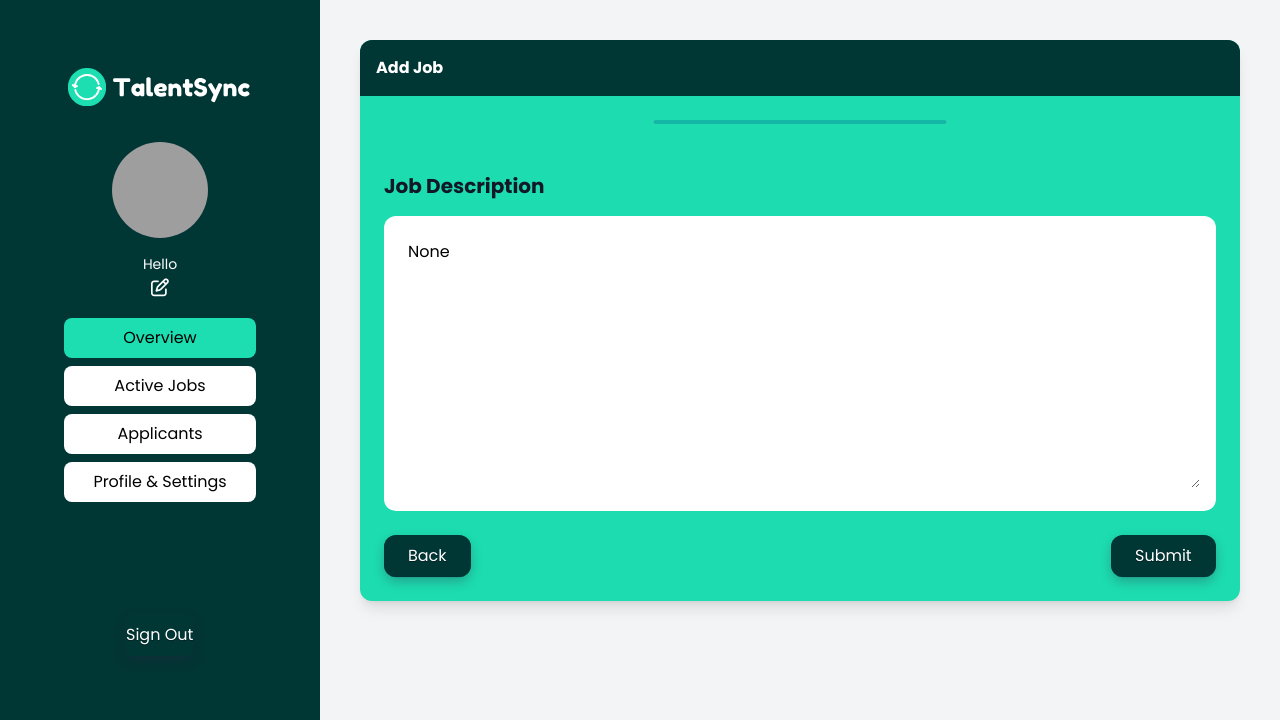
Repository: AbdullahScriptStudio/TalentSync
Page: http://localhost/recruiter/create/step3/
These files come from the project's save history. The page is drawn as it stood at one moment and after the next save; the edit follows.
The browser window is 1280 px wide. The pictures show the whole page.
Pictures or frames that could not be fetched are drawn as grey boxes. Some web libraries are served in a nearby version. The page is served by the project's application, run on Django 5.2 (manage.py). Other server files are loaded and not shown.

Above is the page before, as saved 2025-03-25 15:54:30.

### recruiter/templates/recruiter/job_form_step3.html
<!DOCTYPE html>
<html lang="en">
{% load static %}

<head>
    <meta charset="UTF-8">
    <meta name="viewport" content="width=device-width, initial-scale=1.0">
    <script src="https://cdn.tailwindcss.com"></script>
    <link rel="stylesheet" href="https://cdnjs.cloudflare.com/ajax/libs/font-awesome/6.0.0-beta3/css/all.min.css">
    <title>Job Post - Step 3</title>
    <style>
        @import url('https://fonts.googleapis.com/css2?family=Inter:ital,opsz,wght@0,14..32,100..900;1,14..32,100..900&family=Poppins:ital,wght@0,100;0,200;0,300;0,400;0,500;0,600;0,700;0,800;0,900;1,100;1,200;1,300;1,400;1,500;1,600;1,700;1,800;1,900&display=swap');

        body {
            font-family: "Poppins", sans-serif;
            background-color: white;
        }

        /* From Uiverse.io by adamgiebl */
        button {
            font-size: 18px;
            display: inline-block;
            outline: 0;
            border: 0;
            cursor: pointer;
            will-change: box-shadow, transform;
            background: radial-gradient(100% 100% at 100% 0%, #003634 0%, #003634 100%);
            box-shadow: 0px 0.01em 0.01em rgb(45 35 66 / 40%), 0px 0.3em 0.7em -0.01em rgb(45 35 66 / 30%), inset 0px -0.01em 0px rgb(0 54 52 / 50%);
            padding: 0 2em;
            border-radius: 0.3em;
            color: #fff;
            height: 2.6em;
            text-shadow: 0 1px 0 rgb(0 0 0 / 40%);
            transition: box-shadow 0.15s ease, transform 0.15s ease;
        }

        button:hover {
            box-shadow: 0px 0.1em 0.2em rgb(0 54 52 / 40%), 0px 0.4em 0.7em -0.1em rgb(0 54 52 / 30%), inset 0px -0.1em 0px #003634;
            transform: translateY(-0.1em);
        }

        button:active {
            box-shadow: inset 0px 0.1em 0.6em #003634;
            transform: translateY(0em);
        }
    </style>
</head>

<body class="bg-gray-100">
    <div class="flex min-h-screen">
        <div class="bg-[#003634] text-white w-1/4 p-6 flex flex-col items-center fixed h-full" style="padding: 4rem;">
            <div class="flex items-center mb-8">
                <img alt="TalentSync logo" class="w-48 h-auto" src="{% static 'images/logo.svg' %}" />
            </div>
            <img alt="Profile picture of John Smith" class="w-24 h-24 rounded-full mb-4" height="100" src="{% static 'images/dog-profile.svg' %}" width="100" />
            <div class="text-center mb-4">
                <p class="text-sm">Hello</p>
                <p class="text-lg">{{ user.first_name }} {{ user.last_name }} <i class="fa-regular fa-pen-to-square"></i></p>
            </div>
            <nav class="flex flex-col w-full">
                <a href="overviewDashboard.html" class="bg-[#1cdeb0] text-white py-2 px-4 rounded mb-2" style="border-radius: 0.5rem;color: rgb(0 0 0); text-align: center;">Overview</a>
                <a href="aciveJobsDashboard.html" class="bg-white text-teal-900 py-2 px-4 rounded mb-2" style="border-radius: 0.5rem;color: rgb(0 0 0); text-align: center;">Active Jobs</a>
                <a href="applicantsDashboard.html" class="bg-white text-teal-900 py-2 px-4 rounded mb-2" style="border-radius: 0.5rem;color: rgb(0 0 0); text-align: center;">Applicants</a>
                <a href="#" class="bg-white text-teal-900 py-2 px-4 rounded mb-2" style="border-radius: 0.5rem;color: rgb(0 0 0); text-align: center;">Profile &amp; Settings</a>
            </nav>
            <button class="mt-auto text-white">Sign Out</button>
        </div>

        <!-- Main Content -->
        <div class="flex-1 p-10 ml-[25%] overflow-y-auto">
            <div class="bg-[#1dddb0] rounded-xl shadow-lg">
                <div>
                    <h2 class="bg-[#003634] text-white font-bold mb-6 p-4 rounded-t-xl">Add Job</h2>
                </div>

                <!-- Progress Bar -->
                <div class="flex justify-center mb-6">
                    <div class="w-1/3 h-1 bg-gray-300 rounded-full">
                        <div class="h-full bg-teal-500 rounded-full" style="width: 100%;"></div> <!-- 100% for step 3 -->
                    </div>
                </div>

                <div class="p-6 rounded-xl">
                    <h3 class="text-xl font-bold text-gray-900 mb-4">Job Description</h3>

                    <form method="POST">
                        {% csrf_token %}
                        <div class="bg-white rounded-xl p-4">
                            <textarea class="w-full h-64 p-2 rounded focus:outline-none" placeholder="Enter job description here..." name="job_description">{{ form.job_description.value }}</textarea>
                        </div>

                        <div class="flex justify-between mt-6">
                            <!-- Back Button Link to Step 2 -->
                            <button class="bg-[#003634] text-white px-6 py-2 rounded-xl" type="button" onclick="window.location.href='/recruiter/create/step2/'">Back</button>
                            <!-- Submit Button -->
                            <button class="bg-[#003634] text-white px-6 py-2 rounded-xl" type="submit">Submit</button>
                        </div>
                    </form>
                </div>
            </div>
        </div>
    </div>

</body>

</html>

### recruiter/forms.py
from django import forms

class JobPostFormStep1(forms.Form):
    title = forms.CharField(max_length=255)
    company = forms.CharField(max_length=255)
    country = forms.ChoiceField(choices=[('DE', 'Germany')])  # Fixed to Germany
    state_province = forms.ChoiceField(choices=[
        ('Bavaria', 'Bavaria'),
        ('Berlin', 'Berlin'),
        # Add more states
    ])
    city = forms.ChoiceField(choices=[
        ('Munich', 'Munich'),
        ('Berlin', 'Berlin'),
        # Add more cities
    ])



class JobPostFormStep2(forms.Form):
    JOB_TYPES = [
        ('full_time', 'Full-time'),
        ('part_time', 'Part-time'),
        ('contract', 'Contract'),
        ('freelance', 'Freelance'),
        ('temporary', 'Temporary'),
    ]

    SALARY_CURRENCY_CHOICES = [
        ('EUR', 'Euro (EUR)'),
        ('USD', 'United States Dollar (USD)'),
        ('GBP', 'British Pound (GBP)'),
        ('AUD', 'Australian Dollar (AUD)'),
        ('CAD', 'Canadian Dollar (CAD)'),
    ]

    job_type = forms.ChoiceField(choices=JOB_TYPES)
    min_experience = forms.IntegerField(min_value=0)
    max_experience = forms.IntegerField(min_value=0)
    min_salary = forms.DecimalField(max_digits=10, decimal_places=2)
    max_salary = forms.DecimalField(max_digits=10, decimal_places=2)
    salary_currency = forms.ChoiceField(choices=SALARY_CURRENCY_CHOICES)
    skills_required = forms.CharField(max_length=500)  # Comma separated skills
    department = forms.CharField(max_length=100)
    job_status = forms.ChoiceField(choices=[('open', 'Open'), ('closed', 'Closed'), ('paused', 'Paused')])
    is_remote = forms.BooleanField(required=False)



class JobPostFormStep3(forms.Form):
    job_description = forms.CharField(
        widget=forms.Textarea(attrs={'class': 'w-full p-3 text-sm border rounded-xl', 'placeholder': 'Enter the job description here...'}),
        required=True,
        error_messages={'required': 'Job description is required!'}
    )

### recruiter/views.py
from django.shortcuts import render, redirect
from .models import JobPost
#from .forms import JobPostForm  # We'll create this form next
from .forms import JobPostFormStep1, JobPostFormStep2, JobPostFormStep3




# View to list all job posts
def job_list(request):
    job_posts = JobPost.objects.all()
    return render(request, 'recruiter/job_list.html', {'job_posts': job_posts})

# View to show details of a single job post
def job_detail(request, pk):
    job_post = JobPost.objects.get(pk=pk)
    return render(request, 'recruiter/job_detail.html', {'job_post': job_post})

# View to create a new job post
def job_create_step1(request):
    if request.method == 'POST':
        form = JobPostFormStep1(request.POST)
        if form.is_valid():
            # Save the form data in session
            request.session['job_title'] = form.cleaned_data['title']
            request.session['company'] = form.cleaned_data['company']
            request.session['country'] = form.cleaned_data['country']
            request.session['state_province'] = form.cleaned_data['state_province']
            request.session['city'] = form.cleaned_data['city']

            return redirect('job_create_step2')  # Proceed to next step
    else:
        form = JobPostFormStep1()

    return render(request, 'recruiter/job_form_step1.html', {'form': form})


def job_create_step2(request):
    if request.method == 'POST':
        form = JobPostFormStep2(request.POST)
        if form.is_valid():
            # Save form data in session
            request.session['job_type'] = form.cleaned_data['job_type']
            request.session['min_experience'] = form.cleaned_data['min_experience']
            request.session['max_experience'] = form.cleaned_data['max_experience']
            request.session['min_salary'] = form.cleaned_data['min_salary']
            request.session['max_salary'] = form.cleaned_data['max_salary']
            request.session['salary_currency'] = form.cleaned_data['salary_currency']
            request.session['skills_required'] = form.cleaned_data['skills_required']
            request.session['department'] = form.cleaned_data['department']
            request.session['job_status'] = form.cleaned_data['job_status']
            request.session['is_remote'] = form.cleaned_data['is_remote']

            return redirect('job_create_step3')  # Go to next step
    else:
        form = JobPostFormStep2()

    return render(request, 'recruiter/job_form_step2.html', {'form': form})



def job_create_step3(request):
    if request.method == 'POST':
        form = JobPostFormStep3(request.POST)
        if form.is_valid():
            # Collect data from session (Step 1, Step 2, and Step 3)
            title = request.session.get('title', '')
            company = request.session.get('company', '')
            country = request.session.get('country', 'DE')
            state_province = request.session.get('state_province', 'Bavaria')
            city = request.session.get('city', 'Munich')
            job_type = request.session.get('job_type', 'full_time')
            department = request.session.get('department', '')
            min_experience = request.session.get('min_experience', 0)
            max_experience = request.session.get('max_experience', 0)
            min_salary = request.session.get('min_salary', 0.0)
            max_salary = request.session.get('max_salary', 0.0)
            salary_currency = request.session.get('salary_currency', 'EUR')
            skills_required = request.session.get('skills_required', '')
            job_description = form.cleaned_data['job_description']
            job_status = request.session.get('job_status', 'open')  # This was collected in Step 2

            # Save the data to the database
            job_post = JobPost(
                title=title,
                company=company,
                country=country,
                state_province=state_province,
                city=city,
                job_type=job_type,
                department=department,
                min_experience=min_experience,
                max_experience=max_experience,
                min_salary=min_salary,
                max_salary=max_salary,
                salary_currency=salary_currency,
                skills_required=skills_required,
                job_description=job_description,
                status=job_status
            )
            job_post.save()

            # Optionally, you can clear session data if not needed anymore
            request.session.flush()

            # Redirect to a summary or success page
            return redirect('job_create_summary')  # This is a hypothetical summary page
    else:
        form = JobPostFormStep3()

    return render(request, 'recruiter/job_form_step3.html', {'form': form})

### talentsync/urls.py
"""
URL configuration for talentsync project.

The `urlpatterns` list routes URLs to views. For more information please see:
    https://docs.djangoproject.com/en/5.1/topics/http/urls/
Examples:
Function views
    1. Add an import:  from my_app import views
    2. Add a URL to urlpatterns:  path('', views.home, name='home')
Class-based views
    1. Add an import:  from other_app.views import Home
    2. Add a URL to urlpatterns:  path('', Home.as_view(), name='home')
Including another URLconf
    1. Import the include() function: from django.urls import include, path
    2. Add a URL to urlpatterns:  path('blog/', include('blog.urls'))
"""
from django.contrib import admin
from django.urls import path, include
from django.conf import settings
from django.conf.urls.static import static

urlpatterns = [
    path('admin/', admin.site.urls),
    path('recruiter/', include('recruiter.urls')),
    #path('applicant/', include('applicant.urls')),
]


if settings.DEBUG:
    urlpatterns += static(settings.MEDIA_URL, document_root=settings.MEDIA_ROOT)

### recruiter/urls.py
from django.urls import path
from . import views
from django.conf.urls.static import static
from django.conf import settings



urlpatterns = [


    #adding new job
    path('create/step1/', views.job_create_step1, name='job_create_step1'),
    path('create/step2/', views.job_create_step2, name='job_create_step2'),
    path('create/step3/', views.job_create_step3, name='job_create_step3'),
]



if settings.DEBUG:
    urlpatterns += static(settings.MEDIA_URL, document_root=settings.MEDIA_ROOT)

Loaded but not shown: static/images/logo.svg (1 lines, source omitted)

After the next save:
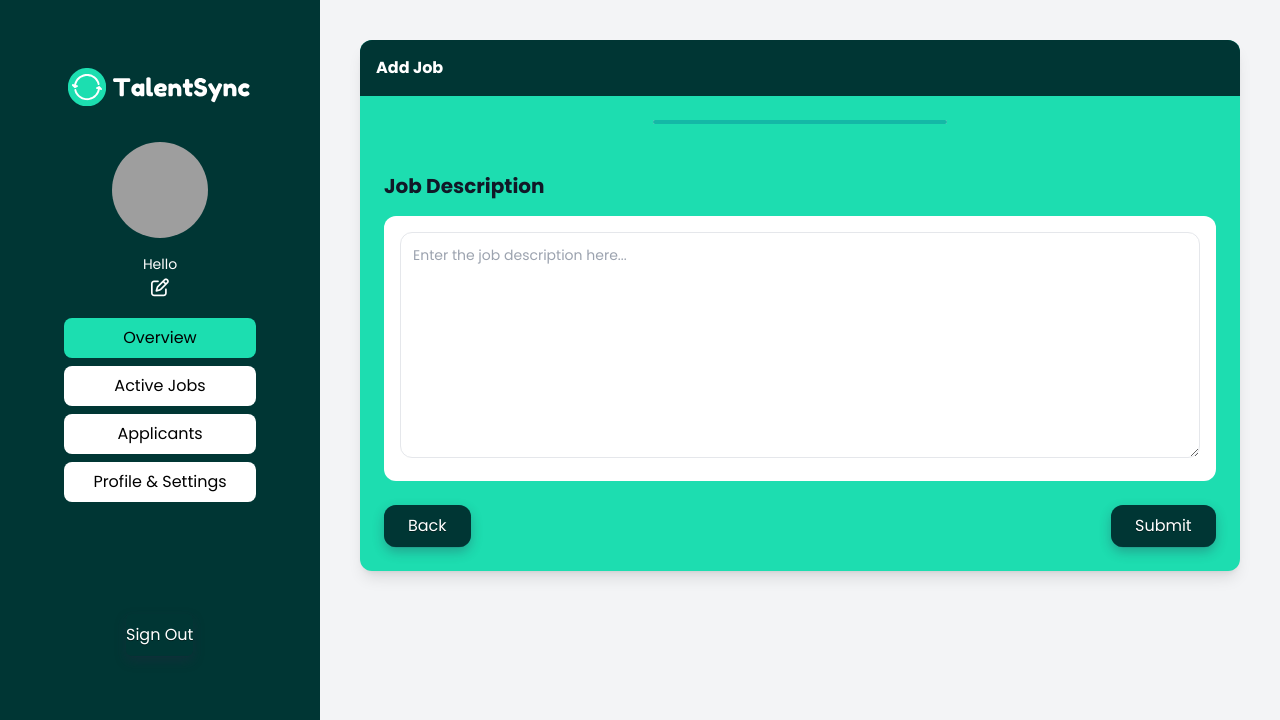
Saved 47 s later.
--- a/recruiter/templates/recruiter/job_form_step3.html
+++ b/recruiter/templates/recruiter/job_form_step3.html
@@ -16,7 +16,6 @@
             background-color: white;
         }
 
-        /* From Uiverse.io by adamgiebl */
         button {
             font-size: 18px;
             display: inline-block;
@@ -66,7 +65,6 @@
             <button class="mt-auto text-white">Sign Out</button>
         </div>
 
-        <!-- Main Content -->
         <div class="flex-1 p-10 ml-[25%] overflow-y-auto">
             <div class="bg-[#1dddb0] rounded-xl shadow-lg">
                 <div>
@@ -86,13 +84,11 @@
                     <form method="POST">
                         {% csrf_token %}
                         <div class="bg-white rounded-xl p-4">
-                            <textarea class="w-full h-64 p-2 rounded focus:outline-none" placeholder="Enter job description here..." name="job_description">{{ form.job_description.value }}</textarea>
+                            {{ form.job_description }}
                         </div>
 
                         <div class="flex justify-between mt-6">
-                            <!-- Back Button Link to Step 2 -->
-                            <button class="bg-[#003634] text-white px-6 py-2 rounded-xl" type="button" onclick="window.location.href='/recruiter/create/step2/'">Back</button>
-                            <!-- Submit Button -->
+                            <button class="bg-[#003634] text-white px-6 py-2 rounded-xl" type="button" onclick="window.location.href='/create/step2/'">Back</button>
                             <button class="bg-[#003634] text-white px-6 py-2 rounded-xl" type="submit">Submit</button>
                         </div>
                     </form>
